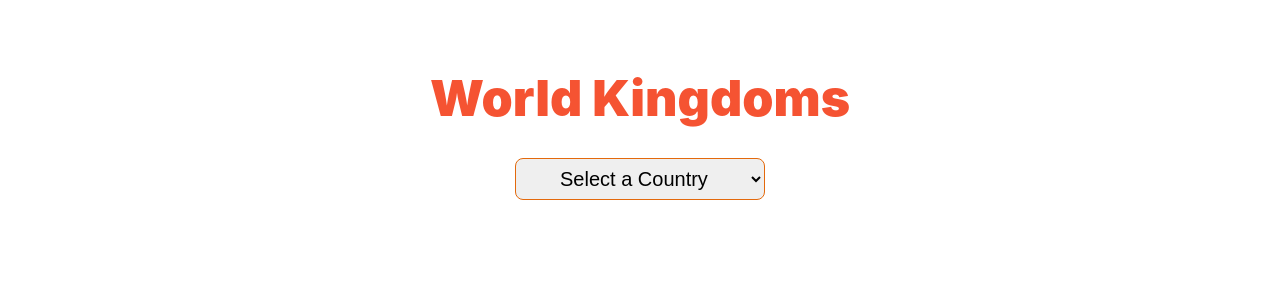
Repository: GloGlorGloria/COMP3170-lab7
Page: /
An editor plug-in stored every save of this project. The page is shown before and after the next save, followed by the edit.
The browser window is 1280 px wide. The pictures show the whole page.
The page's requests for data from a server got no answer. The project was rebuilt for these pictures with package versions that can differ from the ones it lists, and the page was loaded fresh each time. No one was signed in, and anything a server would have sent is missing. Also part of the build but not shown: vite.config.js, src/components/Details.jsx.

Above is the page before, as saved 2024-11-24 02:23:05.

After the next save:
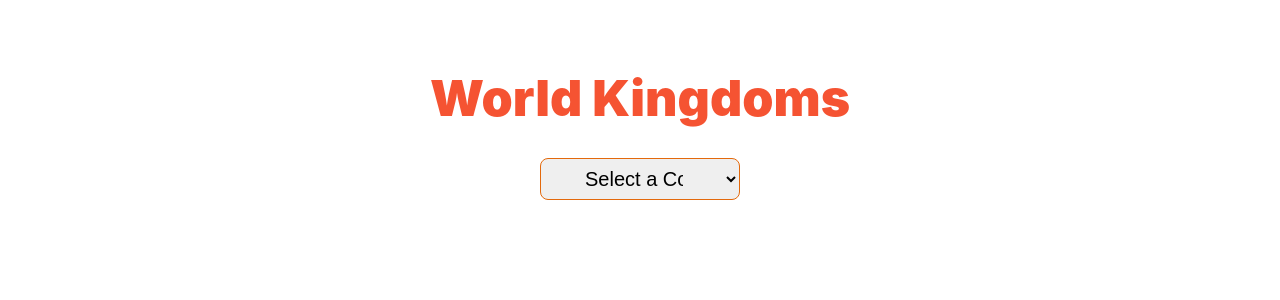
Saved 6 s later.
--- a/src/index.css
+++ b/src/index.css
@@ -46,7 +46,7 @@ h1:hover{
   border: 1px solid #e3690c;
   padding: 0.4em 2em;
   font-size: 20px;
-  width: 100px'
+  width: 10em;
   cursor: pointer;
 }
 .dropdown:hover {
